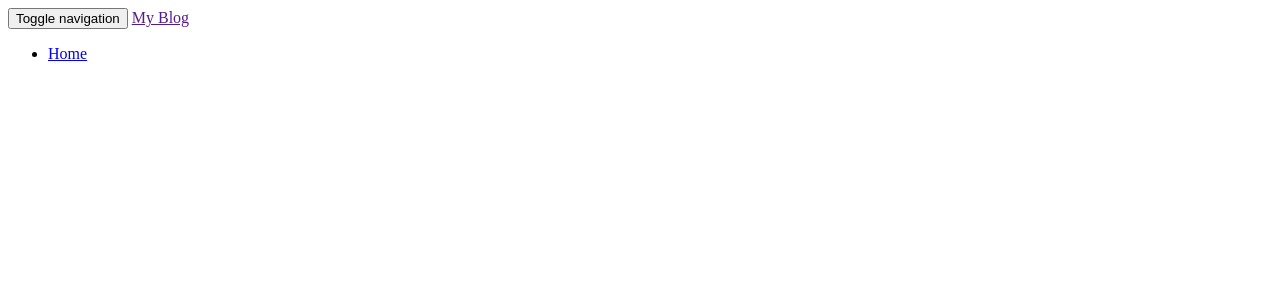
Repository: AnnieFisher/blog
Page: BlogMVC/WebContent/nav.html
The author's editor kept a copy of each file at every save. The page is drawn from the files as they stood at one save, then again after the next save.
The browser window is 1280 px wide. The pictures show the whole page.

Above is the page before, as saved 2016-12-19 06:49:50.

### BlogMVC/WebContent/nav.html
<div ng-controller="postsController">
	<div class="container">
      <!-- Static navbar -->
      <nav class="navbar navbar-default">
        <div class="container-fluid">
          <div class="navbar-header">
            <button type="button" class="navbar-toggle collapsed" data-toggle="collapse" data-target="#navbar" aria-expanded="false" aria-controls="navbar">
              <span class="sr-only">Toggle navigation</span>
              <span class="icon-bar"></span>
              <span class="icon-bar"></span>
              <span class="icon-bar"></span>
            </button>
            <a class="navbar-brand" href="">My Blog</a>
          </div>
          <div id="navbar" class="navbar-collapse collapse">
            <ul class="nav navbar-nav">
              <li class="active"><a href="#/posts">Home</a></li>
            </ul>
            <!-- <ul class="nav navbar-nav navbar-right">
            <li ng-click="logOut()"><a href="">Logout</a></li>
            </ul> -->
          </div><!--/.nav-collapse -->
        </div><!--/.container-fluid -->
      </nav>
      </div>
 </div>

After the next save:
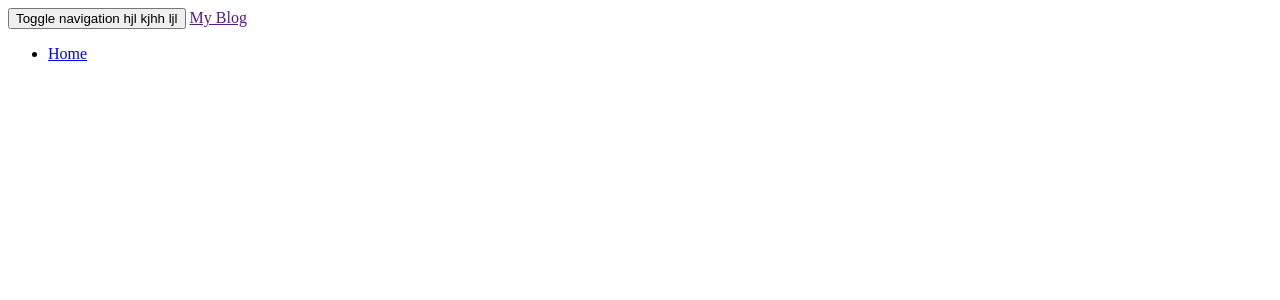
Saved 2 min 2 s later.
--- a/BlogMVC/WebContent/nav.html
+++ b/BlogMVC/WebContent/nav.html
@@ -6,9 +6,9 @@
           <div class="navbar-header">
             <button type="button" class="navbar-toggle collapsed" data-toggle="collapse" data-target="#navbar" aria-expanded="false" aria-controls="navbar">
               <span class="sr-only">Toggle navigation</span>
-              <span class="icon-bar"></span>
-              <span class="icon-bar"></span>
-              <span class="icon-bar"></span>
+              <span class="icon-bar">hjl</span>
+              <span class="icon-bar">kjhh</span>
+              <span class="icon-bar">ljl</span>
             </button>
             <a class="navbar-brand" href="">My Blog</a>
           </div>

After the save that followed:
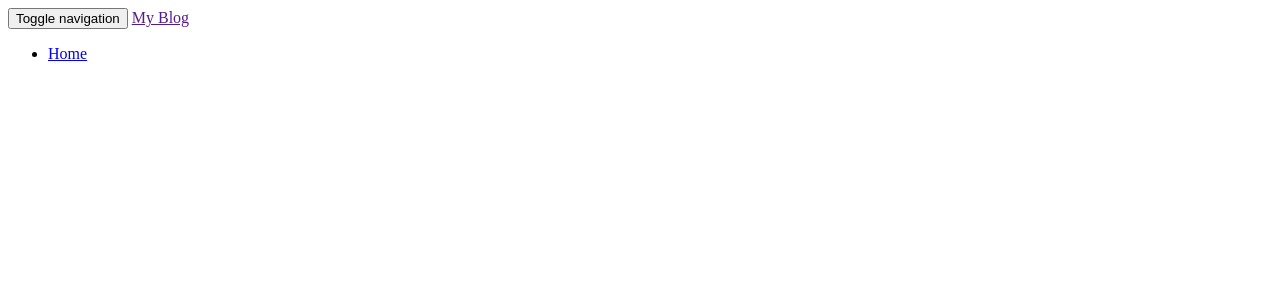
Saved 19 s later.
--- a/BlogMVC/WebContent/nav.html
+++ b/BlogMVC/WebContent/nav.html
@@ -6,9 +6,9 @@
           <div class="navbar-header">
             <button type="button" class="navbar-toggle collapsed" data-toggle="collapse" data-target="#navbar" aria-expanded="false" aria-controls="navbar">
               <span class="sr-only">Toggle navigation</span>
-              <span class="icon-bar">hjl</span>
-              <span class="icon-bar">kjhh</span>
-              <span class="icon-bar">ljl</span>
+              <span class="icon-bar"></span>
+              <span class="icon-bar"></span>
+              <span class="icon-bar"></span>
             </button>
             <a class="navbar-brand" href="">My Blog</a>
           </div>
